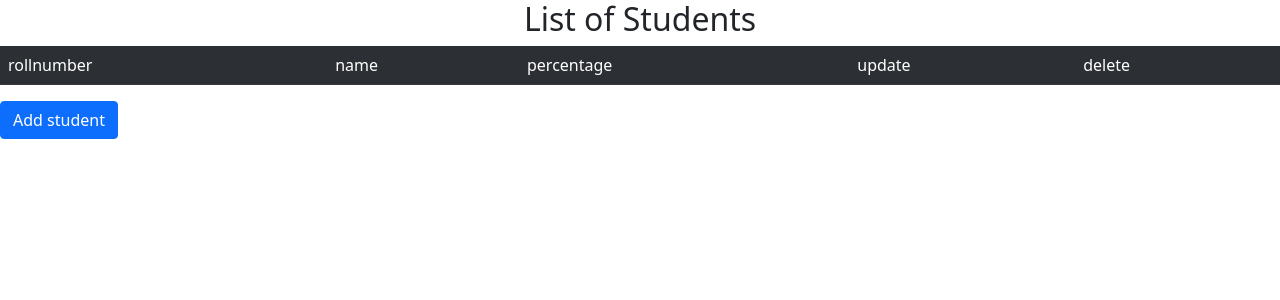
Repository: RMVLajaykumar/monojavaee
Page: http://localhost/12-student-mvc-db/Student
The author's editor kept a copy of each file at every save. The page is drawn from the files as they stood at one save, then again after the next save.
The browser window is 1280 px wide. The pictures show the whole page.
The page is served by Tomcat 9. Other server files are loaded and not shown. Queries for data that is not in the repository find no rows.

Above is the page before, as saved 2024-07-17 13:36:12.

### 12-student-mvc-db/WebContent/view-student.jsp
<%@ page language="java" contentType="text/html; charset=ISO-8859-1"
    pageEncoding="ISO-8859-1"%>
<%@ taglib uri="http://java.sun.com/jsp/jstl/core" prefix="c"%>
<%@ taglib uri="http://java.sun.com/jsp/jstl/functions" prefix="fn"%>
<link href="https://cdn.jsdelivr.net/npm/bootstrap@5.0.2/dist/css/bootstrap.min.css" rel="stylesheet" integrity="sha384-EVSTQN3/azprG1Anm3QDgpJLIm9Nao0Yz1ztcQTwFspd3yD65VohhpuuCOmLASjC" crossorigin="anonymous">
<script src="https://cdn.jsdelivr.net/npm/bootstrap@5.0.2/dist/js/bootstrap.bundle.min.js" integrity="sha384-MrcW6ZMFYlzcLA8Nl+NtUVF0sA7MsXsP1UyJoMp4YLEuNSfAP+JcXn/tWtIaxVXM" crossorigin="anonymous"></script>

<!DOCTYPE html>
<html>
<head>
<meta charset="ISO-8859-1">
<title>Insert title here</title>
</head>
<body>
<h2 class="text-center">List of Students</h2>



<table class="table table-dark table-striped">
		<tr>
			<td>rollnumber</td>
			<td>name</td>
			<td>percentage</td>
			<td>update</td>
			<td>delete</td>

		</tr>
		<c:forEach var="student" items="${theStudentList}" >
			<tr>
				<td>${student.rollnumber}</td>
				<td>${student.name}</td>
				<td>${student.pecentage}</td>
				<td>
				<a href="Student?command=load&rollnumber=${student.rollnumber}" class="btn btn-secondary">Update</a>
				</td>
				<td>
				<a href="Student?command=delete&rollnumber=${student.rollnumber}" class="btn btn-warning">Delete</a>
				</td>


			</tr>
	 </c:forEach>

	 </table>

          <a href="add-student.jsp" class="btn btn-primary">Add student</a>


</body>
</html>

### 12-student-mvc-db/src/com/monocept/controller/StudentController.java
package com.monocept.controller;

import java.io.IOException;
import java.util.List;

import javax.annotation.Resource;
import javax.servlet.RequestDispatcher;
import javax.servlet.ServletException;
import javax.servlet.annotation.WebServlet;
import javax.servlet.http.HttpServlet;
import javax.servlet.http.HttpServletRequest;
import javax.servlet.http.HttpServletResponse;
import javax.sql.DataSource;

import com.monocept.dao.StudentDbUtil;
import com.monocept.entry.Student;


@WebServlet("/Student")
public class StudentController extends HttpServlet {
	private static final long serialVersionUID = 1L;

	private StudentDbUtil studentDbUtil;

   @Resource (name="jdbc/studentdb")
   private DataSource dataSource;

   @Override
   public void init() throws ServletException{
	   super.init();
	   studentDbUtil=new StudentDbUtil(dataSource);

   }


	protected void doGet(HttpServletRequest request, HttpServletResponse response) throws ServletException, IOException {
		String  command;
		command=request.getParameter("command");

		if(command==null) {
			command="list";
		}

		System.out.println(command);

		switch(command) {
		case "add":
			addStudent(request,response);
			break;
		case "load":
			loadStudent(request,response);
			break;
		case "update":
			updateStudent(request,response);
			break;
		case "delete":
			deleteStudent(request,response);
			break;

		default :
			listStudent(request,response);

		}
	}
	private void updateStudent(HttpServletRequest request, HttpServletResponse response) throws IOException {

		int rollnumber=Integer.parseInt(request.getParameter("rollnumber"));
		String name=request.getParameter("name");
		int percentageParameter=Integer.parseInt(request.getParameter("pecentage"));

		Student student=new Student(rollnumber,name,percentageParameter);
		boolean isUpdate=studentDbUtil.updateStudent(student);
		if(isUpdate) {
			 response.sendRedirect(request.getContextPath() + "/Student");
		}
	}


	private void deleteStudent(HttpServletRequest request, HttpServletResponse response) throws IOException {

		int rollnumber=Integer.parseInt(request.getParameter("rollnumber"));
		boolean isDelete=studentDbUtil.deleteStudent(rollnumber);
		if(isDelete) {
			response.sendRedirect(request.getContextPath() + "/Student");
		}
	}


	private void loadStudent(HttpServletRequest request, HttpServletResponse response) throws ServletException, IOException {
    int rollnumber=Integer.parseInt(request.getParameter("rollnumber"));

    Student student=studentDbUtil.getStudent(rollnumber);
    request.setAttribute("theStudent", student);
	RequestDispatcher requestDispatcher = request.getRequestDispatcher("update-student.jsp");
	requestDispatcher.forward(request, response);
	}


	private void addStudent(HttpServletRequest request, HttpServletResponse response) throws ServletException, IOException {
		String name=request.getParameter("name");
		String percentageParameter=request.getParameter("pecentage");
		int pecentage=0;
		try {
		if(percentageParameter!=null && !percentageParameter.isEmpty()) {
			pecentage=Integer.parseInt(percentageParameter);

		}
		}
		catch(NumberFormatException e) {
			e.printStackTrace();
		}

		Student student = new Student(name,pecentage);
		System.out.println(student);

		boolean isAdded=studentDbUtil.addStudent(student);
		 System.out.println(isAdded);
		 if(isAdded) {
			 response.sendRedirect(request.getContextPath() + "/Student");
		 }
		 //listStudent(request,response);

	 }

	private void listStudent(HttpServletRequest request, HttpServletResponse response)  throws ServletException, IOException {
		List<Student> studentList = studentDbUtil.getStudent();
		System.out.println(studentList);
		request.setAttribute("theStudentList", studentList);
		RequestDispatcher requestDispatcher = request.getRequestDispatcher("view-student.jsp");
		requestDispatcher.forward(request, response);


	}


	protected void doPost(HttpServletRequest request, HttpServletResponse response) throws ServletException, IOException {

	}

}

After the next save:
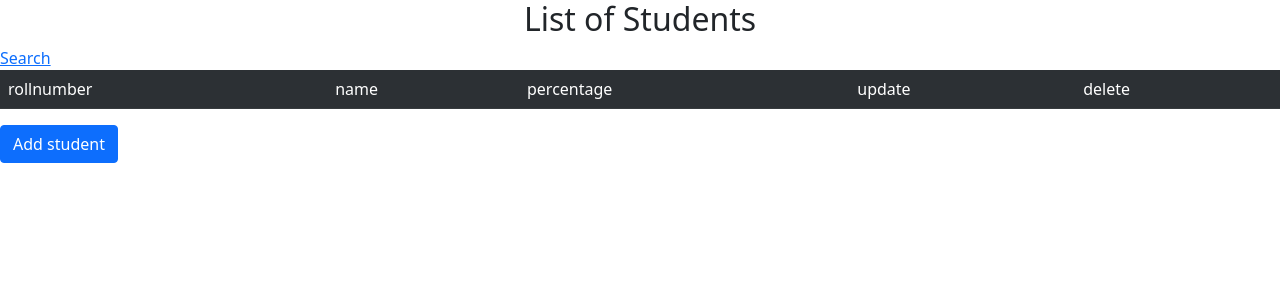
Saved 17 h 11 min later.
--- a/12-student-mvc-db/WebContent/view-student.jsp
+++ b/12-student-mvc-db/WebContent/view-student.jsp
@@ -40,6 +40,7 @@
 
 			</tr>
 	 </c:forEach>
+	   <a href="search-student.jsp" class="text-end" class="btn btn-warning" >Search</a>
 
 	 </table>
 
